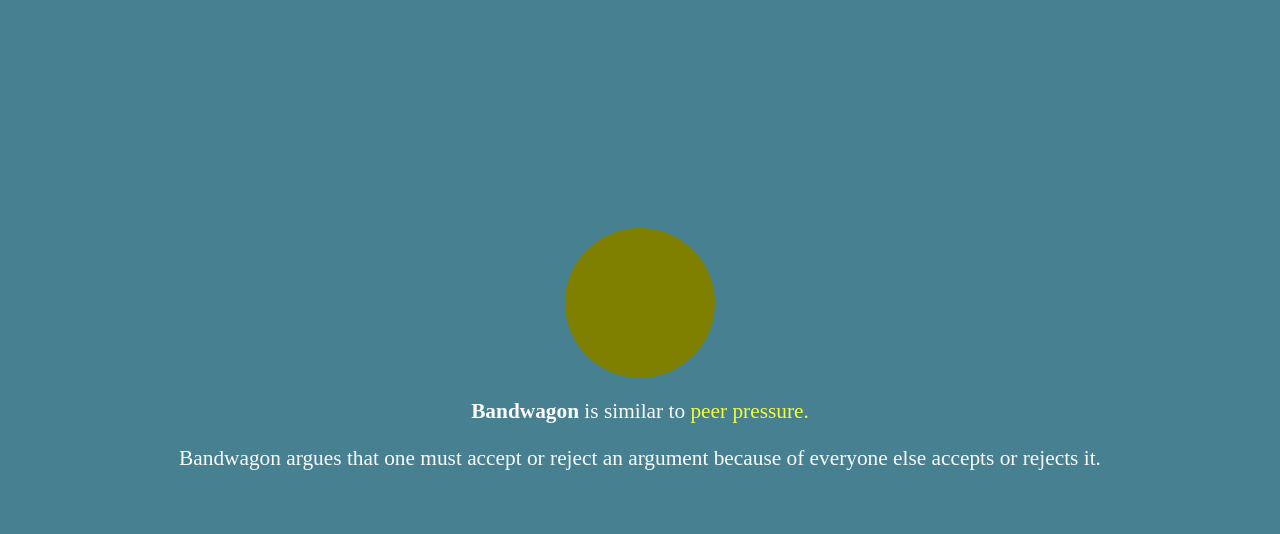
Repository: cindyvunguyen/fallacy
Page: index.html
These files come from the project's save history. The page is drawn as it stood at one moment and after the next save; the edit follows.
The browser window is 1280 px wide. The pictures show the whole page.
Some web fonts or font styles are not loaded; a fallback is used.

Above is the page before, as saved 2020-03-13 19:54:51.

### index.html
<!DOCTYPE html>
<html lang="en">
<head>
    <meta charset="UTF-8">
    <meta name="viewport" content="width=device-width, initial-scale=1.0">
    <title>FALLACIES</title>
    <link href="style.css" rel="stylesheet" type="text/css">
</head>
<body>
    <div id="app">

        <!-- CINDY START -->

        <div id="home-page"></div>

        <div id="lets-start-page"></div>

        <div id="question-page"></div>

        <!-- CINDY END -->

        <!-- SOPHIA START -->

        <!-- when making it one page -->

        <div id="correct-incorrect-page">
            <div id="icon"></div>
            <div id="cip-text1">HORRAY!</div> <!-- incorrect, change to "oh no!" -->
            <div id="cip-a-outcome">
                <div id="cip-text2">You avoided the</div> <!-- icorrect, change to "you committed the"-->
                <div id="cip-fallacy">BANDWAGON FALLACY</div>
                <div id="cip-text2">which is</div>
            </div>
            <div id="cip-definition">Listening to what is popular instead of listening to yourself.</div>
            <button class="white-button" onclick="incorrectPage()">NEXT QUESTION</button> <!-- placeholder for js page switch-->
        </div>

        <div id="results-page">
            <div id="rp-text">
                <div id="rp-message">YOU GOT...</div> <!-- game over, change to "game over" -->
                <div id="rp-results"># out of 10 scenarios</div>  <!-- game over, change to "you commited too many fallacies" -->
                <div id="rp-congrats">AMAZING JOB!</div> <!-- game over, message disappears -->
            </div>
            <button class="grey-button" onclick="gameOver()">VIEW FALLACIES</button>
        </div>

        <!-- SOPHIA END -->

        <!-- CHLOE START -->

        <div id="review-page">
            <div id="rp-text">LET'S SUM UP<br>WHAT WE'VE GOT SO FAR!</div>
        </div>

        <!-- <div id="review2-page">
            <span id="r2-bold">A fallacy</span> is when someone is using <span id="r2-emphasis"> bad reasoning</span> when trying to make a point or argument.
        </div> -->

        <div id="fallacy-review-page"></div>

        <div id="three-fallacies-page">
            <div id="icon"></div>
            <div id="tfp-text">
                <p><b>Bandwagon</b> is similar to <span id="text-emphasis">peer pressure.</span></p>
                <p>Bandwagon argues that one must accept or reject an argument because of everyone else accepts or rejects it.</p>
            </div>
        </div>
        <!-- change the page's content with JS to show all three fallacies when clicked -->

        <!-- CHLOE END -->
        <script src="js.js"></script>
    </div>
</body>
</html>

### style.css
body {
    margin: 0;
}

#app {
    width: 100vw;
    height: 100vh;
    font-family: Visby;
    background-color: #468091;
    color: #FAFAFA;
}

@font-face {
    font-family: Visby;
    src: url(fonts/VisbyRoundCF-Regular.otf) format("woff");
}

@font-face {
    font-family: Visby;
    src: url(fonts/VisbyRoundCF-ExtraBold.otf) format("woff");
    font-weight: bold;
}

.pink-button {
    height: 100px;
    width: 700px;
    background-color: #ed2265;
    border: 0px;
    border-radius: 75px;
    font-family: Visby;
    font-weight: bold;
    font-size: 36pt;
    color: #FAFAFA;
    outline: 0;
}

.pink-button:active {
    background-color: #9c1542;
}

.white-button {
    height: 100px;
    width: 700px;
    background-color: #FAFAFA;
    border: 0px;
    border-radius: 75px;
    font-family: Visby;
    font-weight: bold;
    font-size: 36pt;
    color: #303030;
    outline: 0;
}

.white-button:active {
    background-color: #9e9e9e;
}

.grey-button {
    height: 100px;
    width: 700px;
    background-color: #303030;
    border: 0px;
    border-radius: 75px;
    font-family: Visby;
    font-weight: bold;
    font-size: 36pt;
    color: #FAFAFA;
    outline: 0;
}

.grey-button:active {
    background-color: #000000;
}

/* CINDY START */

/* CINDY END */

/* SOPHIA START */

/* correct page */
#correct-incorrect-page {
    width: 100vw;
    height: 100vh;
    /* display: flex; */
    display: none;
    flex-direction: column;
    align-items: center;
    justify-content: center;
    background-color: #6eb748; /* incorrect, change to #860000*/
}

#icon {
    background-color: olive;
    width: 150px;
    height: 150px;
    border-radius: 50%;
}

#cip-text1 {
    font-size: 36pt;
    font-weight: bold;
    padding: 35px 0;
}

#cip-text2 {
    font-size: 16pt;
    font-weight: bold;
}

#cip-fallacy {
    font-size: 36pt;
    font-weight: bold;
}

#cip-definition {
    font-size: 16pt;
    line-height: 150px;
}

#cip-a-outcome {
    line-height: 60px;
    display: flex;
    flex-direction: column;
    align-items: center;
    justify-content: center;
}

/* results page */
#results-page {
    width: 100vw;
    height: 100vh;
    /* display: flex; */
    display: none;
    flex-direction: column;
    align-items: center;
    justify-content: center;
    /* background-color: #860000; */ /* for game over page when combined */
}

#rp-text {
    padding: 0 0 75px 0;
    line-height: 75px;
    display: flex;
    flex-direction: column;
    align-items: center;
    justify-content: center;
}

#rp-message {
    font-size: 48pt;
    font-weight: bold;
}

#rp-results {
    font-size: 16pt;
    font-weight: bold;
}

#rp-congrats {
    font-size: 48pt;
    font-weight: bold;
}

/* SOPHIA END */

/* CHLOE START */

/* review page */
#review-page {
    width: 100vw;
    height: 100vh;
    /* display: flex; */
    display: none;
    flex-direction: column;
    align-items: center;
    justify-content: center;
    }

/* #rp-text {
    font-size: 48pt;
    font-weight: bold;
    text-align: center;
}


#r2-bold {
    font-weight: bold;
} */

#text-emphasis {
    color: #F5FD37;
}

#three-fallacies-page {
    width: 100vw;
    height: 100vh;
    display: flex;
    /* display: none; */
    flex-direction: column;
    align-items: center;
    justify-content: center;
}

#tfp-text {
    font-size: 16pt;
    text-align: center;
}

/* CHLOE END */

### js.js
// CINDY START

// CINDY END

// SOPHIA START

//            fallacy:"BANDWAGON FALLACY",
//            definition:"Listening to what is popular instead of listening to yourself."

//            fallacy:"APPEAL TO EMOTIONS",
//            definition:"Using people's feelings to convince them or win an argument."

//            fallacy:"AD HOMINEM",
//            definition:"Attacking someone instead of listening to what they're saying."

function incorrectPage() {
    document.querySelector("#correct-incorrect-page").style.backgroundColor = "#860000";
    document.querySelector("#cip-text1").innerText = "OH NO!";
    document.querySelector("#cip-text2").innerText = "You committed the";
    document.querySelector("#icon").style.backgroundColor = "#b34c20";
}

function gameOver() {
    document.querySelector("#results-page").style.backgroundColor = "#860000";
    document.querySelector("#rp-message").innerText = "GAME OVER";
    document.querySelector("#rp-results").innerText = "You committed too many fallacies";
    document.querySelector("#rp-congrats").style.display = "none";
}

// SOPHIA END

// CHLOE START

// CHLOE END

After the next save:
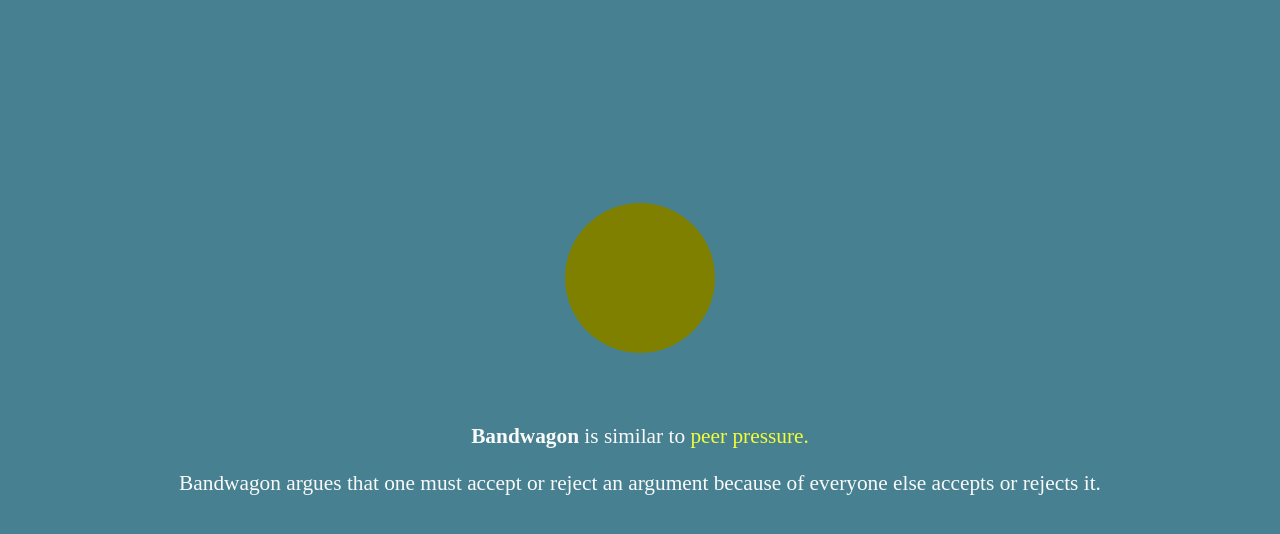
Saved 37 s later.
--- a/style.css
+++ b/style.css
@@ -205,6 +205,7 @@ body {
 #tfp-text {
     font-size: 16pt;
     text-align: center;
+    margin: 50px 0 0 0;
 }
 
 /* CHLOE END */
